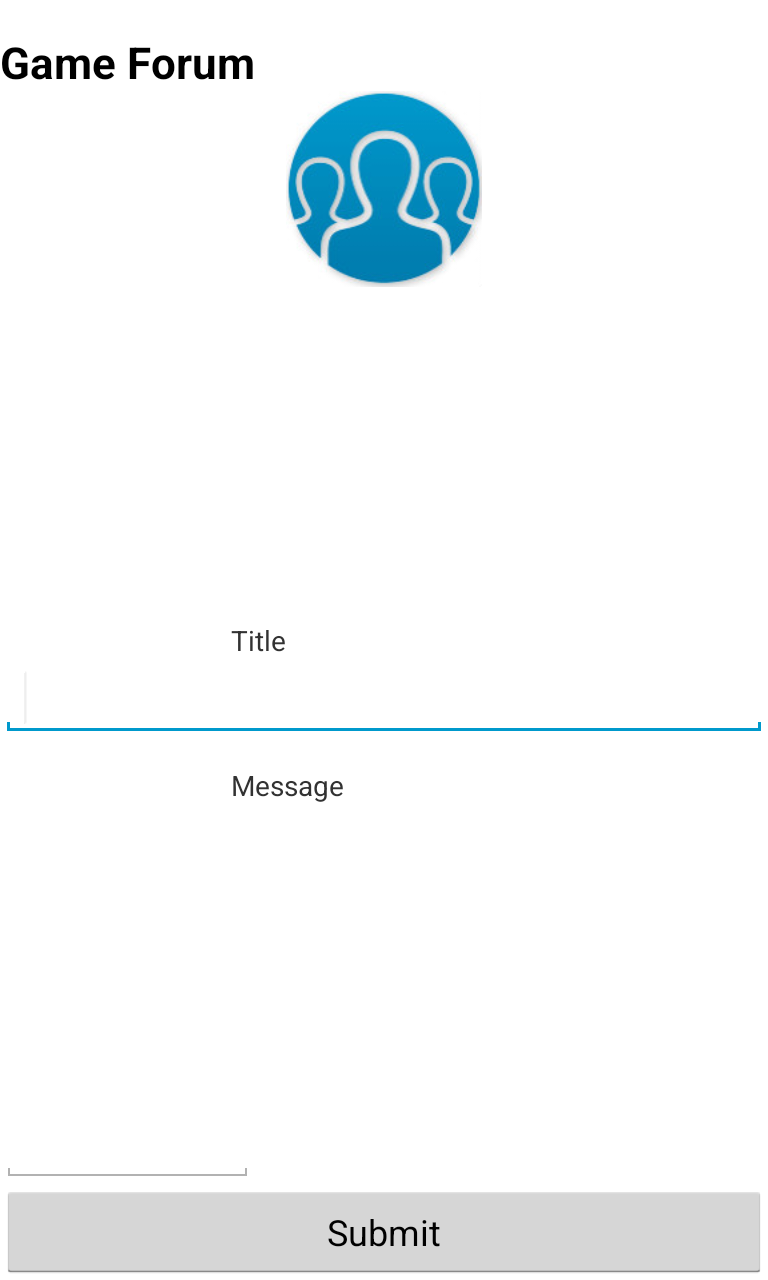
Repository: yuanpeixin/Project
Layout: GameForum/res/layout/add_comment.xml
An editor plug-in stored every save of this project. The layout is shown before and after the next save, followed by the edit.
It is drawn on a 768 x 1280 px phone screen (xhdpi) without system bars, with theme AppTheme; the app's code is not run.

Above is the layout before, as saved 2015-10-05 00:36:55.

After the next save:
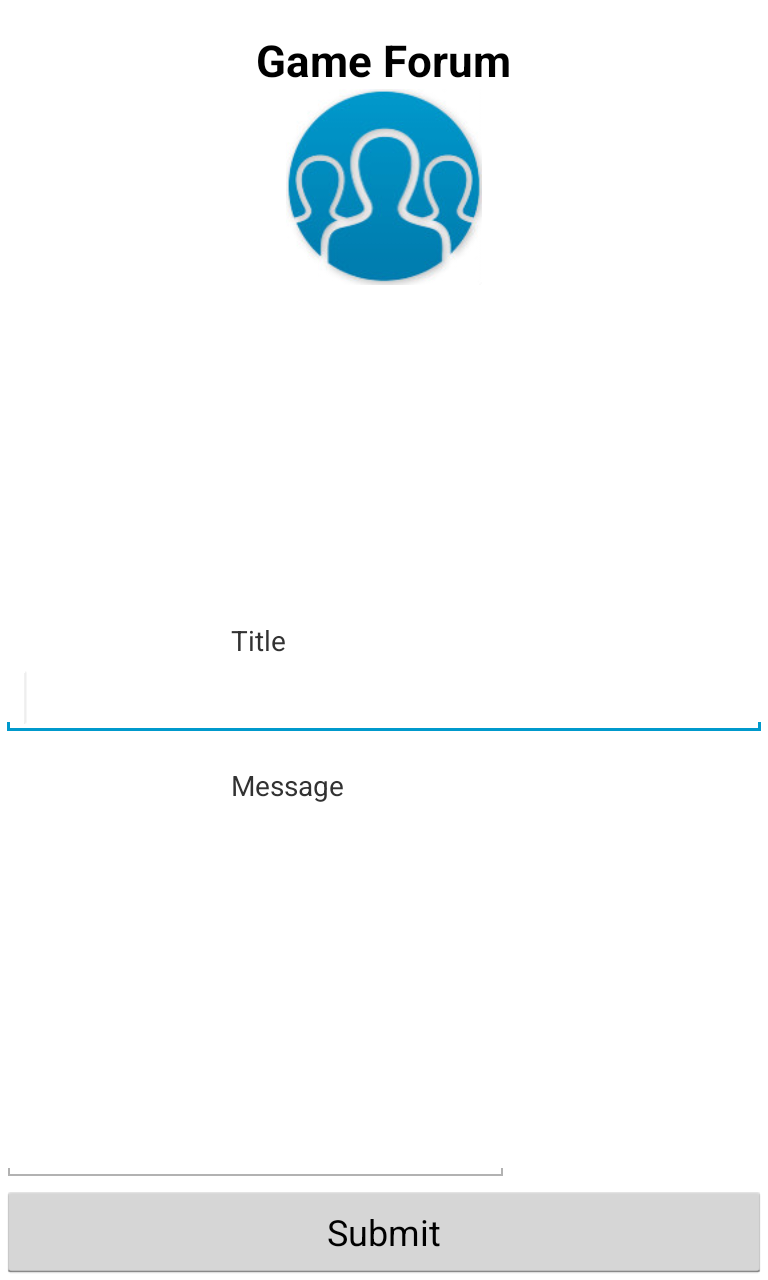
Saved 13 s later.
--- a/GameForum/res/layout/add_comment.xml
+++ b/GameForum/res/layout/add_comment.xml
@@ -12,18 +12,6 @@
         android:layout_below="@+id/textView2"
         android:layout_centerHorizontal="true"
         android:src="@drawable/forum_icon" />
-
-    <TextView
-        android:id="@+id/textView2"
-        android:layout_width="wrap_content"
-        android:layout_height="wrap_content"
-        android:layout_alignParentLeft="true"
-        android:layout_alignParentTop="true"
-        android:layout_marginTop="16dp"
-        android:gravity="center"
-        android:text="Game Forum"
-        android:textAppearance="?android:attr/textAppearanceLarge"
-        android:textStyle="bold" />
 
     <EditText
         android:id="@+id/message"
@@ -74,4 +62,16 @@
         android:layout_marginTop="14dp"
         android:text="Message" />
 
+    <TextView
+        android:id="@+id/textView2"
+        android:layout_width="wrap_content"
+        android:layout_height="wrap_content"
+        android:layout_alignParentTop="true"
+        android:layout_centerHorizontal="true"
+        android:layout_marginTop="15dp"
+        android:gravity="center"
+        android:text="Game Forum"
+        android:textAppearance="?android:attr/textAppearanceLarge"
+        android:textStyle="bold" />
+
 </RelativeLayout>
